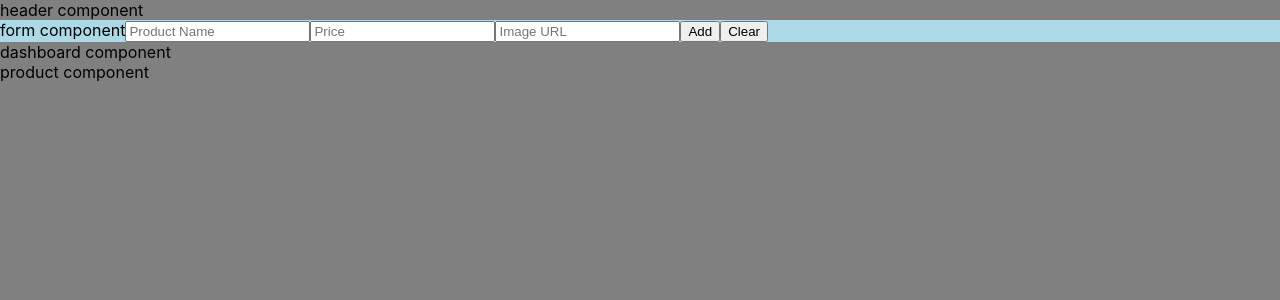
Repository: ooter37/shelfie
Page: /
An editor plug-in stored every save of this project. The page is shown before and after the next save, followed by the edit.
The browser window is 1280 px wide. The pictures show the whole page.
The project was rebuilt for these pictures with package versions that can differ from the ones it lists, and the page was loaded fresh each time.

Above is the page before, as saved 2020-04-03 10:49:11.

After the next save:
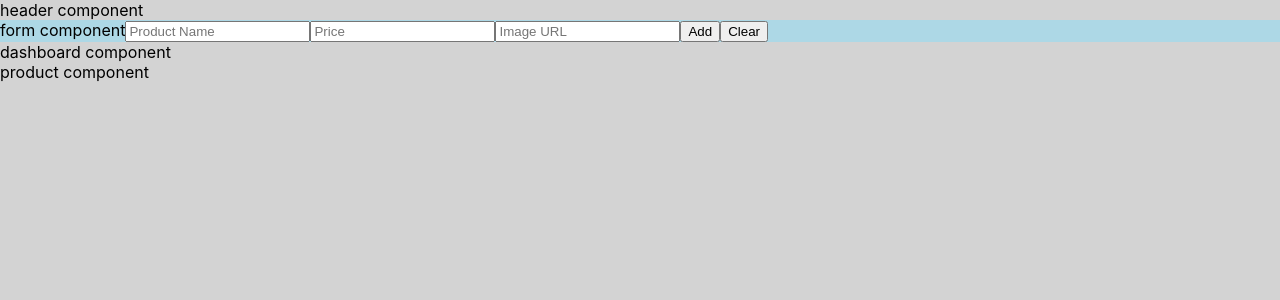
Saved 4 s later.
--- a/src/App.css
+++ b/src/App.css
@@ -1,7 +1,7 @@
 .App {
   height: 100vh;
   width: 100vw;
-  background-color: grey;
+  background-color: lightgrey;
 }
 
 .form-component {
